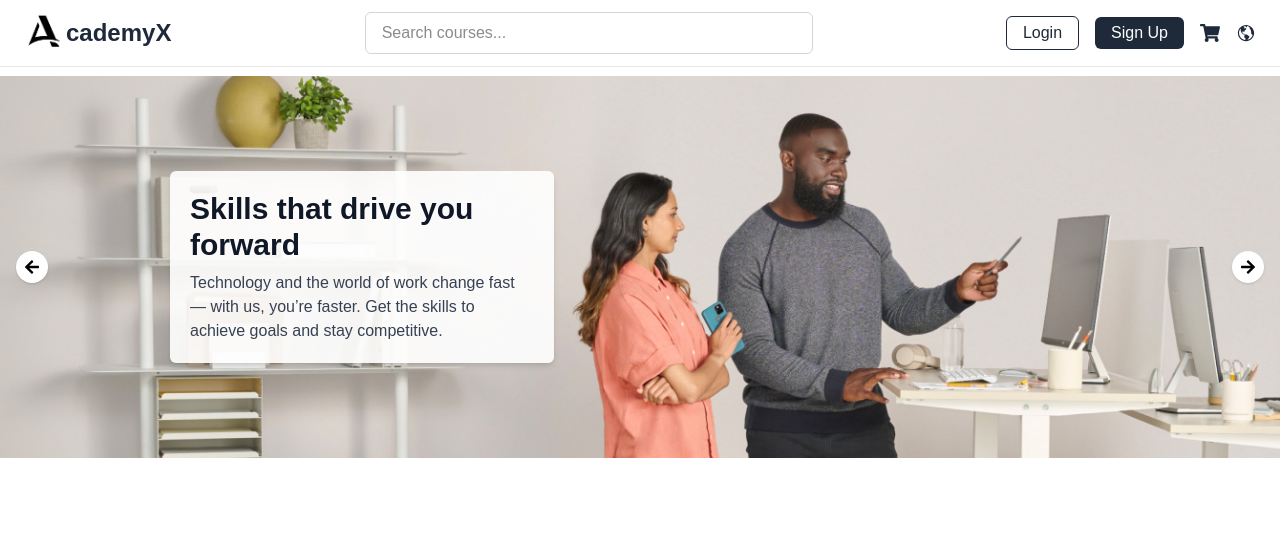
Repository: MohamedSalah54/full-stack-e-learning
Page: / (app in frontend/)
The author's editor kept a copy of each file at every save. The page is drawn from the files as they stood at one save, then again after the next save.
The browser window is 1280 px wide. The pictures show the whole page.
The project was rebuilt for these pictures with package versions that can differ from the ones it lists, and the page was loaded fresh each time. The framework's server and built-in components were replaced by stand-ins that run in the browser. Also part of the build but not shown: frontend/next.config.ts.

Above is the page before, as saved 2025-06-15 13:46:44.

After the next save:
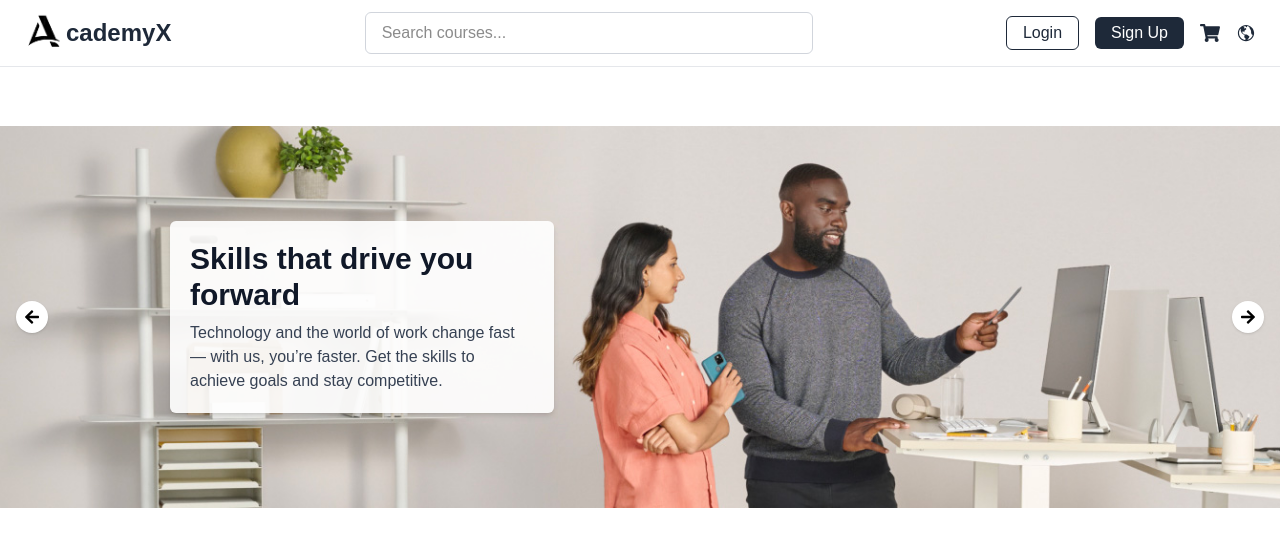
Saved 50 s later.
--- a/frontend/src/components/home/HeroBannerSlider.tsx
+++ b/frontend/src/components/home/HeroBannerSlider.tsx
@@ -18,7 +18,7 @@
   };
 
   return (
- <section className="w-full h-[400px] relative overflow-hidden bg-white">
+ <section className="w-full h-[500px] relative overflow-hidden bg-white">
   {/* Image with transition */}
   <div className="w-full h-full relative">
     {slides.map((slide, index) => (

After the save that followed:
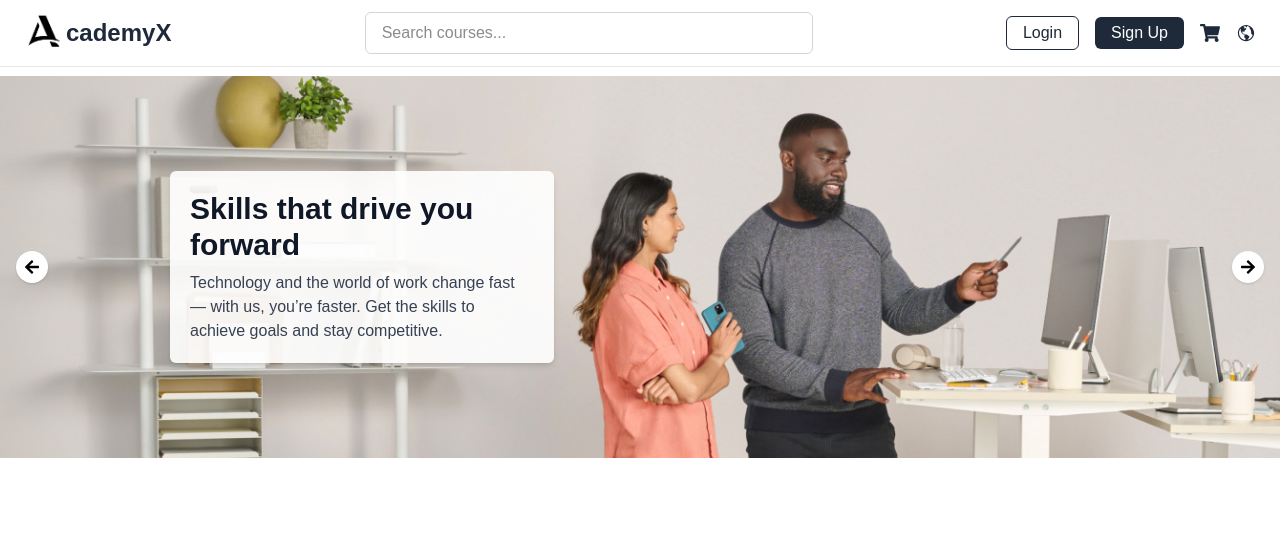
Saved 8 s later.
--- a/frontend/src/components/home/HeroBannerSlider.tsx
+++ b/frontend/src/components/home/HeroBannerSlider.tsx
@@ -18,7 +18,7 @@
   };
 
   return (
- <section className="w-full h-[500px] relative overflow-hidden bg-white">
+ <section className="w-full h-[400px] relative overflow-hidden bg-white">
   {/* Image with transition */}
   <div className="w-full h-full relative">
     {slides.map((slide, index) => (
